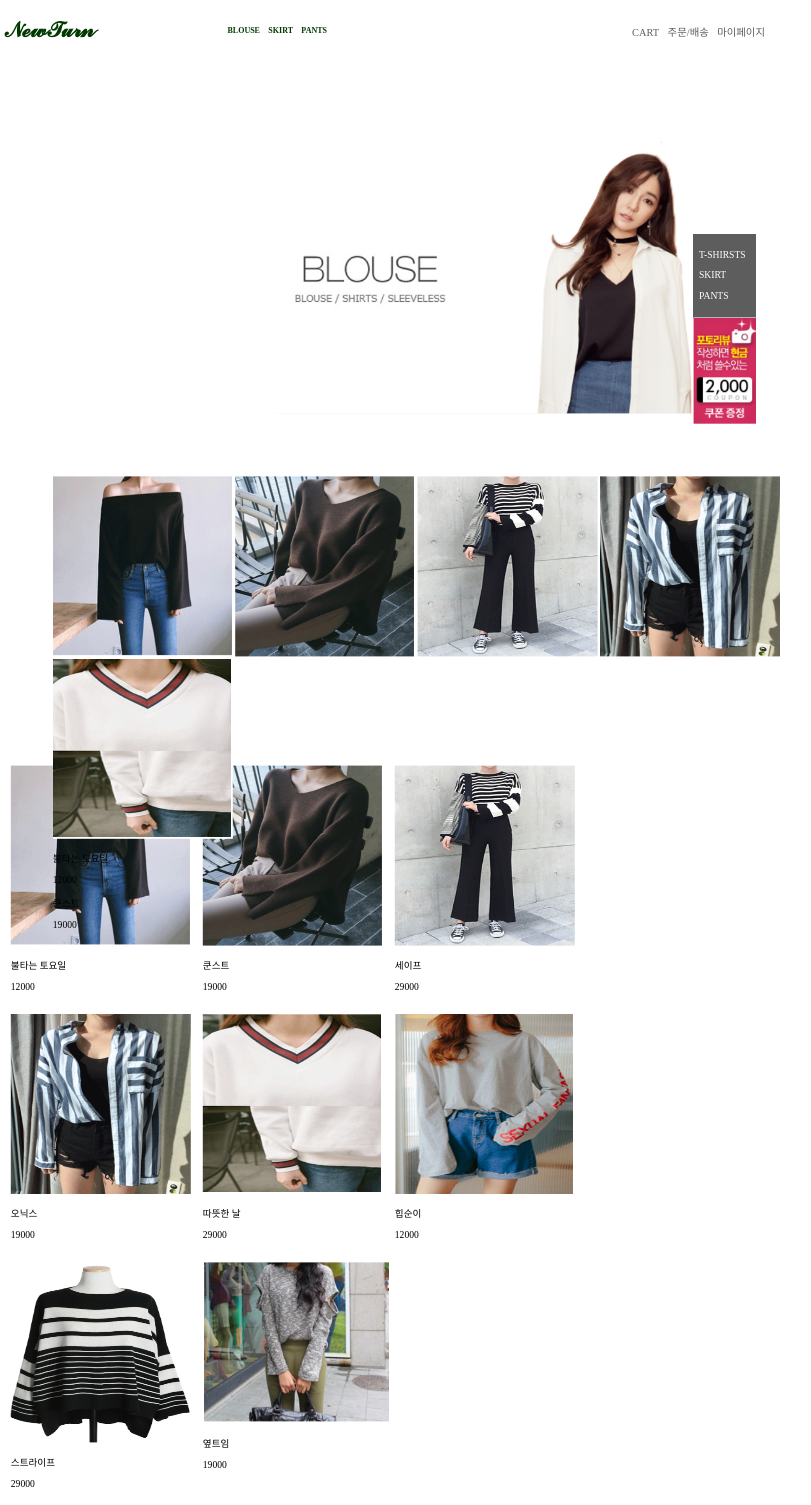
Repository: won0108/Port-Folio
Page: Creating_Homepage/Shopping/WebContent/top.html
An editor plug-in stored every save of this project. The page is shown before and after the next save, followed by the edit.
The browser window is 1280 px wide. The page is 1352 px wide, then 1280 px, so the pictures cover 1352 px, including what lies to the right of the window. The pictures show the whole page, at 60% of full size.

Above is the page before, as saved 2020-12-03 07:27:09.

After the next save:
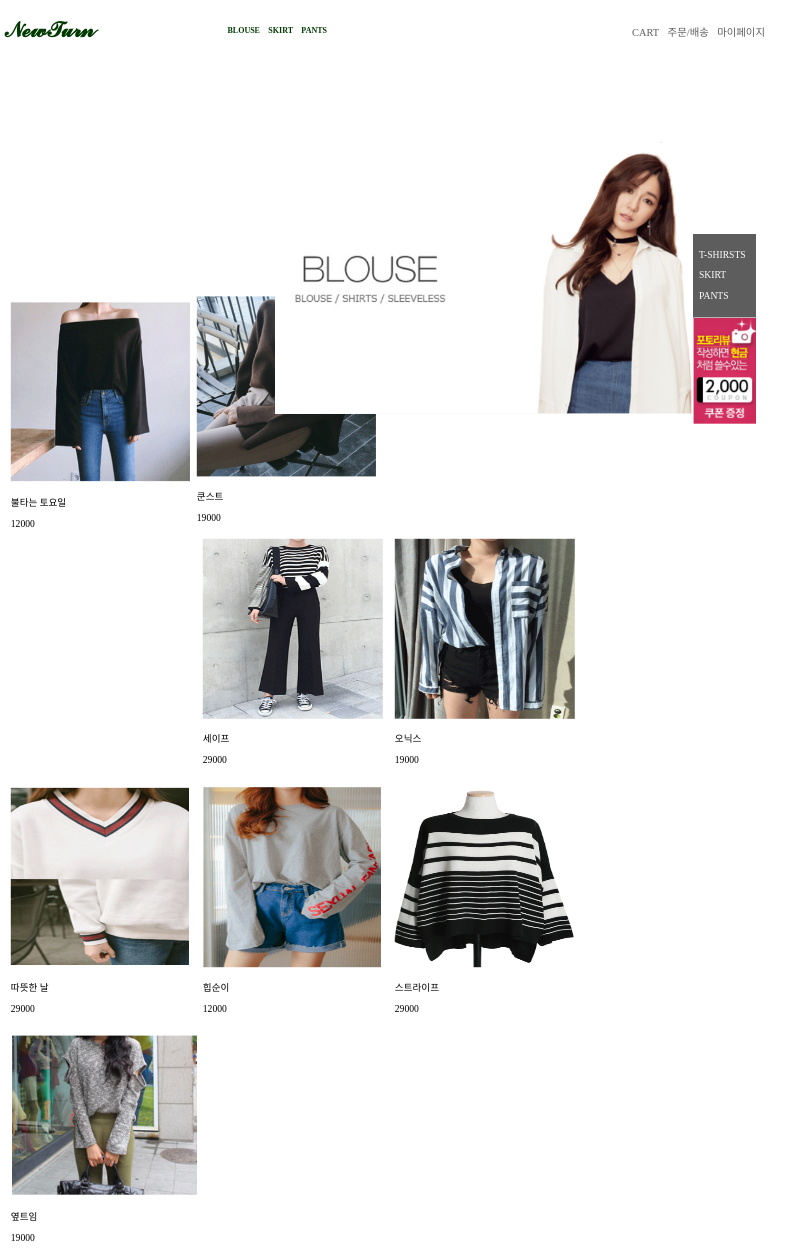
Saved 59 s later.
--- a/Creating_Homepage/Shopping/WebContent/top.html
+++ b/Creating_Homepage/Shopping/WebContent/top.html
@@ -68,24 +68,13 @@
 		</ul>
 </div>
 <img style="position:relative; top : 200px; left:450px;" src="images/티파니.PNG"><br>
-<div style="position:relative; top: 300px; left:80px;">
-	<img src="images/티셔츠1.PNG"width="300" height="300">
-	<img src="images/티셔츠2.PNG" width="300" height="300">
-	<img src="images/티셔츠3.PNG" width="300" height="300">
-	<img src="images/티셔츠4.PNG" width="300" height="300">
-	<img src="images/티셔츠5.PNG" width="300" height="300">
 
-   	<p>불타는 토요일</p>
-   	<p>12000</p>
-   	<p>쿤스트</p>
-   <p>19000</p>
-</div>
 <div style="margin:10px;float:left;">
    <img src="images/티셔츠1.PNG"width="300" height="300">
    <p>불타는 토요일</p>
    <p>12000</p></div>
-<div style="margin:10px; float:left;">
-   <img src="티셔츠2.png" width="300" height="300">
+
+   <img src="images/티셔츠2.PNG" width="300" height="300">
    <p>쿤스트</p>
    <p>19000</p></div>
 <div style="margin:10px; float:left;">
